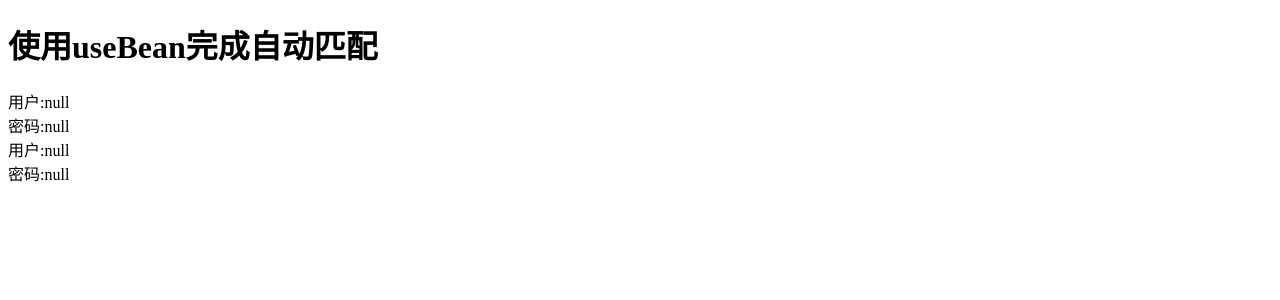
Repository: jionjion/JAVA_WorkSpace
Page: http://localhost/ServletClient/modules/jspBase/baseX_03.jsp
These files come from the project's save history. The page is drawn as it stood at one moment and after the next save; the edit follows.
The browser window is 1280 px wide. The pictures show the whole page.
The page is served by Tomcat 9. Nobody is signed in. The application's start-up code is not run.

Above is the page before, as saved 2017-07-11 12:54:40.

After the next save:
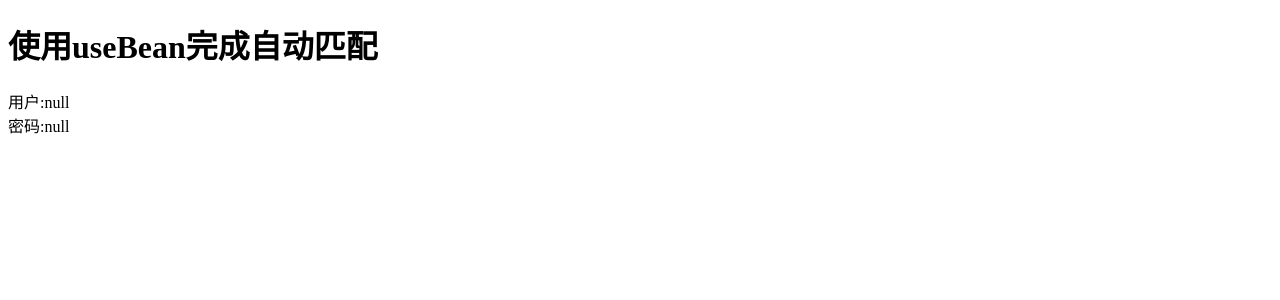
Saved 40 s later.
--- a/ServletClient/WebContent/modules/jspBase/baseX_03.jsp
+++ b/ServletClient/WebContent/modules/jspBase/baseX_03.jsp
@@ -29,8 +29,8 @@
 	<!-- 通过URL传参赋值,仅限于post方式传参 -->
 <!--<jsp:setProperty property="username" name="user" param="URI"/>
 	<jsp:setProperty property="password" name="user" param="URI"/> -->
-	用户:<%=user.getUsername() %><br>
-	密码:<%=user.getPassword() %><br>
+<!--用户:<%=user.getUsername() %><br>
+	密码:<%=user.getPassword() %><br> -->
 
 
 	<!-- 使用getProperty方式获得用户密码 -->
